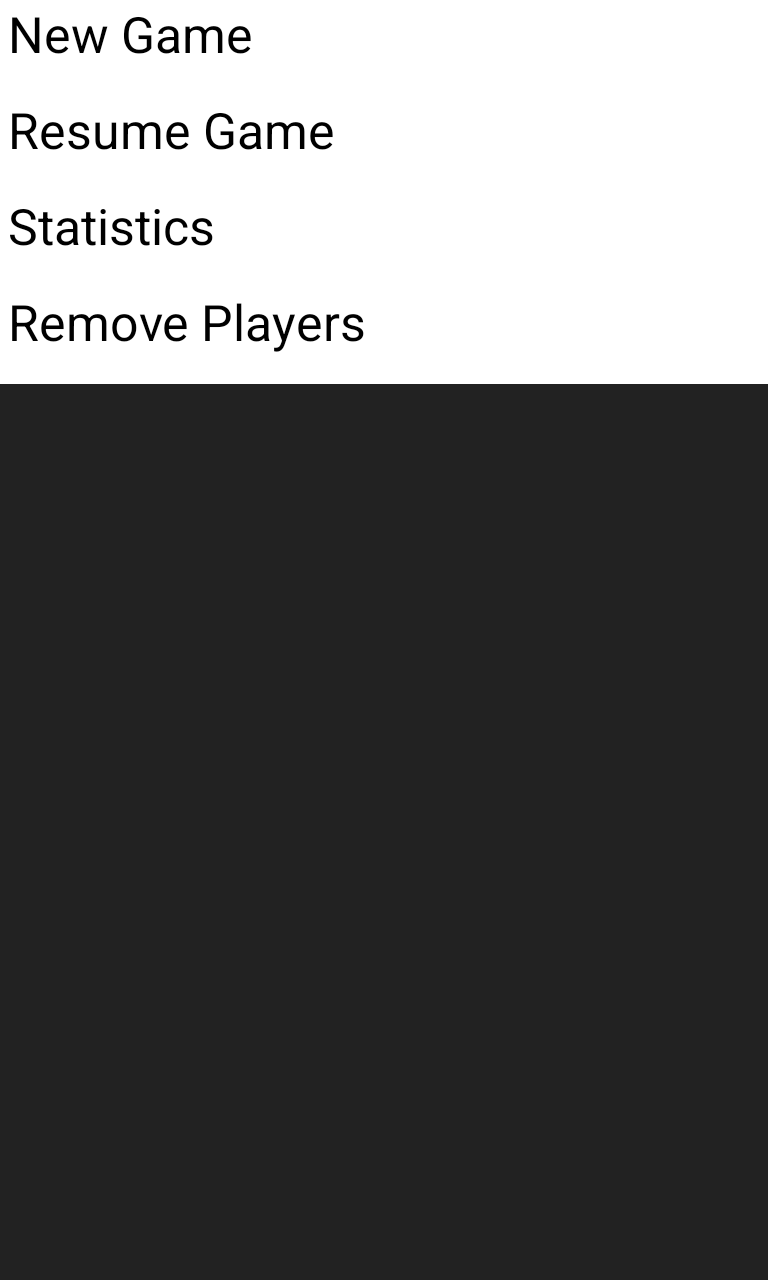
Repository: andyhurd/SuperMunchkin
Layout: SuperMunchkin/res/layout/activity_main_menu.xml
The author's editor kept a copy of each file at every save. The layout is drawn from the files as they stood at one save, then again after the next save.
It is drawn on a 768 x 1280 px phone screen (xhdpi) without system bars, with theme AppTheme; the app's code is not run.

Above is the layout before, as saved 2012-11-02 05:00:22.

### SuperMunchkin/res/layout/activity_main_menu.xml

    <LinearLayout xmlns:android="http://schemas.android.com/apk/res/android"
        android:layout_width="fill_parent"
        android:layout_height="fill_parent"
        android:orientation="vertical"
        android:gravity="top"
        android:background="@color/charcoal" >

	    <LinearLayout
	        android:layout_width="fill_parent"
	        android:layout_height="wrap_content"
	        android:orientation="vertical"
	        android:gravity="center"
	        android:background="@android:color/white" >

	        <Button
	            android:id="@+id/newGameButton"
	            android:layout_width="match_parent"
	            android:layout_height="wrap_content"
	            android:text="@string/new_game"
		        android:textColor="@android:color/black"
		        android:textSize="25dip"
		        android:gravity="left"
		        style="?android:attr/borderlessButtonStyle" />

	        <Button
	            android:id="@+id/resumeGameButton"
	            android:layout_width="match_parent"
	            android:layout_height="wrap_content"
	            android:text="@string/resume_game"
		        android:textColor="@android:color/black"
		        android:textSize="25dip"
		        android:gravity="left"
		        style="?android:attr/borderlessButtonStyle" />

	        <Button
	            android:id="@+id/statisticsButton"
	            android:layout_width="match_parent"
	            android:layout_height="wrap_content"
	            android:text="@string/statistics"
		        android:textColor="@android:color/black"
		        android:textSize="25dip"
		        android:gravity="left"
		        style="?android:attr/borderlessButtonStyle" />

	        <Button
	            android:id="@+id/removePlayerButton"
	            android:layout_width="match_parent"
	            android:layout_height="wrap_content"
	            android:text="@string/removePlayers"
		        android:textColor="@android:color/black"
		        android:textSize="25dip"
		        android:gravity="left"
		        style="?android:attr/borderlessButtonStyle" />
        </LinearLayout>

    </LinearLayout>

### SuperMunchkin/res/values/colors.xml
<resources>

    <color name="charcoal">#222222</color>
    <color name="charcoal_accent">#1A1A1A</color>
    <color name="mist">#BBBBBB</color>
    <color name="holo_blue_bright">#FF33FFFF</color>

</resources>

### SuperMunchkin/res/values/strings.xml
<resources>

    <string name="app_name">SuperMunchkin</string>
    <string name="averageGearAbbr">AVG GEAR</string>
    <string name="averageLevelAbbr">AVG LEVEL</string>
    <string name="cancel">Cancel</string>
    <string name="choose_next">Choose Next</string>
    <string name="declare_victor">is the winner!</string>
    <string name="done">Done</string>
    <string name="false_abbr">F</string>
    <string name="finish">Finish</string>
    <string name="firstName">First Name</string>
    <string name="first_player_prompt">Who Plays First?</string>
    <string name="gamesPlayedAbbr">GAMES PLAYED</string>
    <string name="gamesWonAbbr">GAMES WON</string>
    <string name="gear">Gear</string>
    <string name="gearAbbr">GEAR</string>
    <string name="lastName">Last Name</string>
    <string name="level">Level</string>
    <string name="levelAbbr">LEVEL</string>
    <string name="menu_settings">Settings</string>
    <string name="nextPlayer">Next Player</string>
    <string name="next_player_prompt">Who Plays Next?</string>
    <string name="one">1</string>
    <string name="new_game">New Game</string>
    <string name="player">PLAYER</string>
    <string name="playerName">Player Name</string>
    <string name="plus_sign">+</string>
    <string name="previousPlayer">Previous Player</string>
    <string name="reorder">Reorder</string>
    <string name="removePlayers">Remove Players</string>
    <string name="remove">Remove</string>
    <string name="restorePlayers">Restore Players</string>
    <string name="restore">Restore</string>
    <string name="resume_game">Resume Game</string>
    <string name="unfinished_game">Unfinished Game</string>
    <string name="save">Save</string>
    <string name="start">Start</string>
    <string name="statistics">Statistics</string>
    <string name="totalGearAbbr">TOTAL GEAR</string>
    <string name="totalLevelAbbr">TOTAL LEVEL</string>
    <string name="true_abbr">T</string>
    <string name="warrior">Warrior</string>
    <string name="warriorAbbr">WARR</string>
    <string name="warriorFull">WARRIOR</string>
    <string name="winPercentageAbbr">WIN%</string>
    <string name="zero">0</string>
    <string name="zeroPercent">0.0%</string>

</resources>

Loaded but not shown: SuperMunchkin/res/values-v11/styles.xml (common file); SuperMunchkin/res/values-v14/styles.xml (common file); SuperMunchkin/res/values/styles.xml (common file)

After the next save:
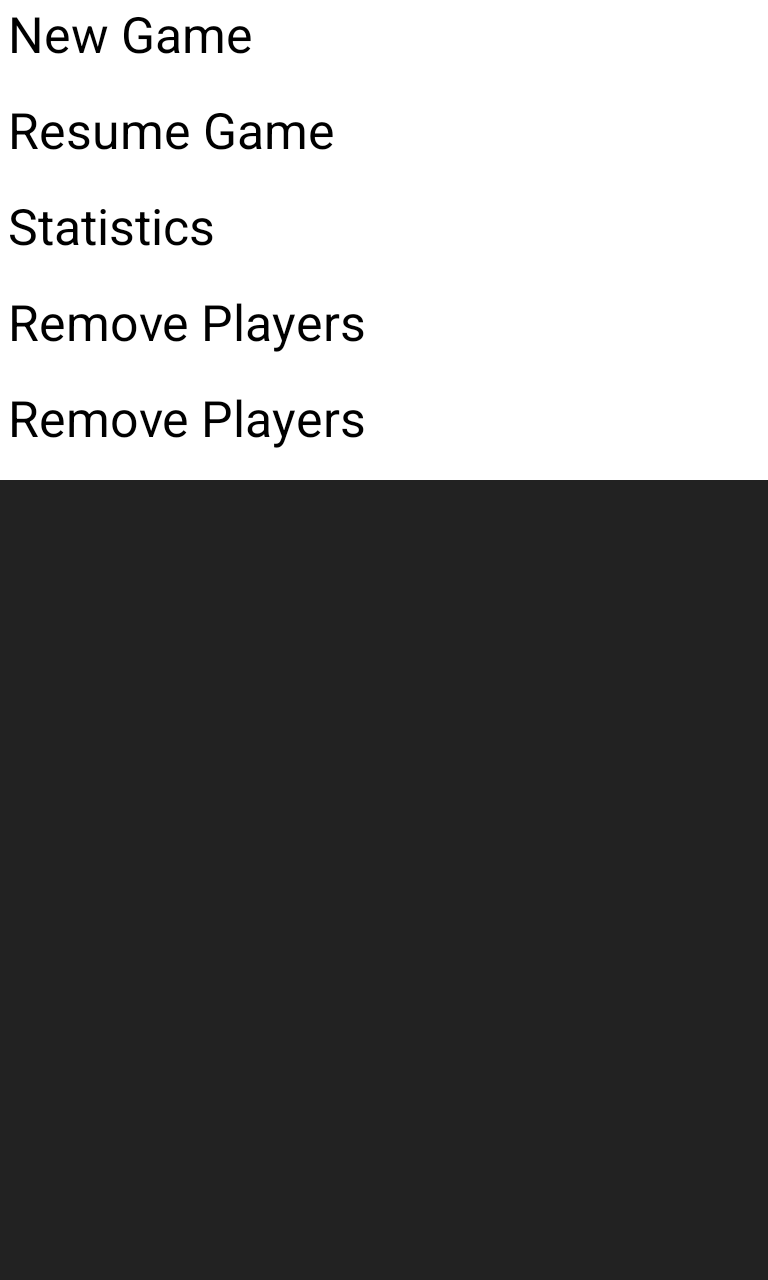
Saved 6 min 3 s later.
--- a/SuperMunchkin/res/layout/activity_main_menu.xml
+++ b/SuperMunchkin/res/layout/activity_main_menu.xml
@@ -44,7 +44,17 @@
 		        style="?android:attr/borderlessButtonStyle" />
 
 	        <Button
-	            android:id="@+id/removePlayerButton"
+	            android:id="@+id/removePlayersButton"
+	            android:layout_width="match_parent"
+	            android:layout_height="wrap_content"
+	            android:text="@string/removePlayers"
+		        android:textColor="@android:color/black"
+		        android:textSize="25dip"
+		        android:gravity="left"
+		        style="?android:attr/borderlessButtonStyle" />
+
+	        <Button
+	            android:id="@+id/restorePlayersButton"
 	            android:layout_width="match_parent"
 	            android:layout_height="wrap_content"
 	            android:text="@string/removePlayers"
